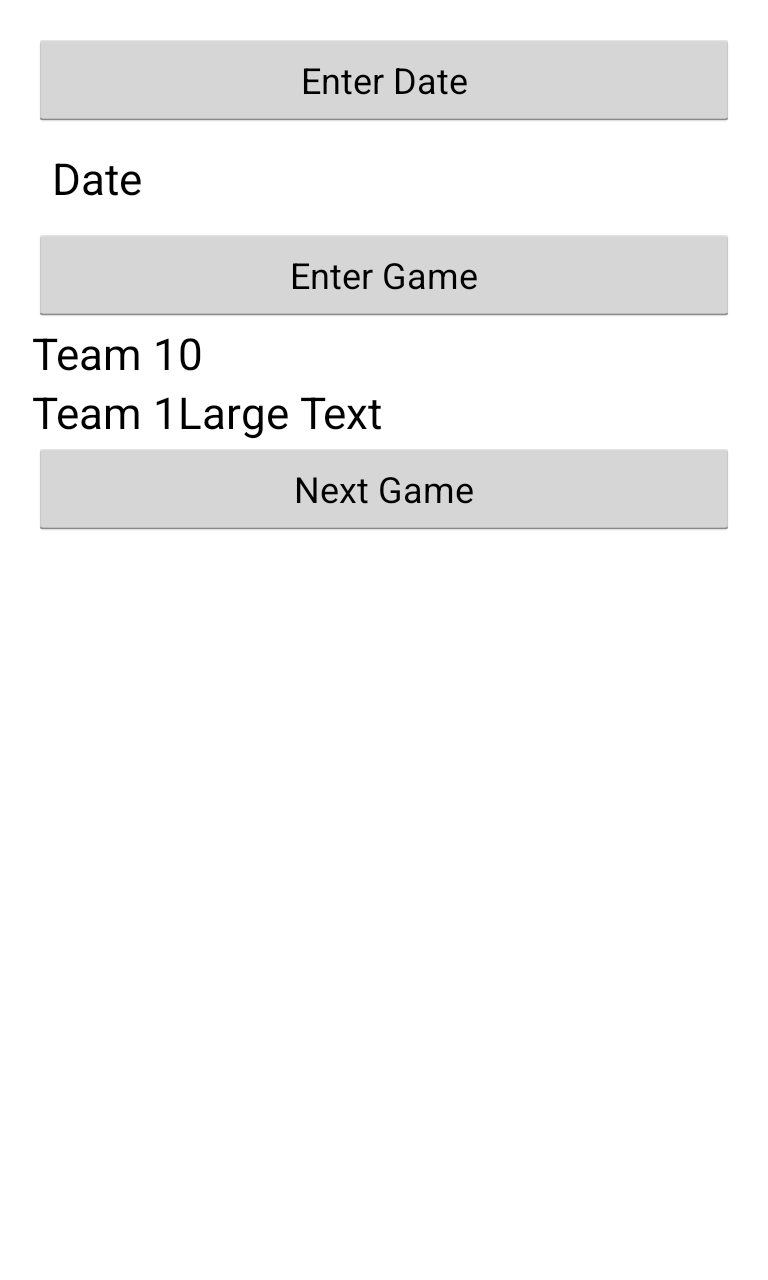
Repository: shervinshaikh/Android
Layout: NBAScoreTracker/res/layout/activity_sport_scores.xml
These files come from the project's save history. The layout is drawn as it stood at one moment and after the next save; the edit follows.
It is drawn on a 768 x 1280 px phone screen (xhdpi) without system bars, with theme AppTheme; the app's code is not run.

Above is the layout before, as saved 2013-04-27 18:41:35.

After the next save:
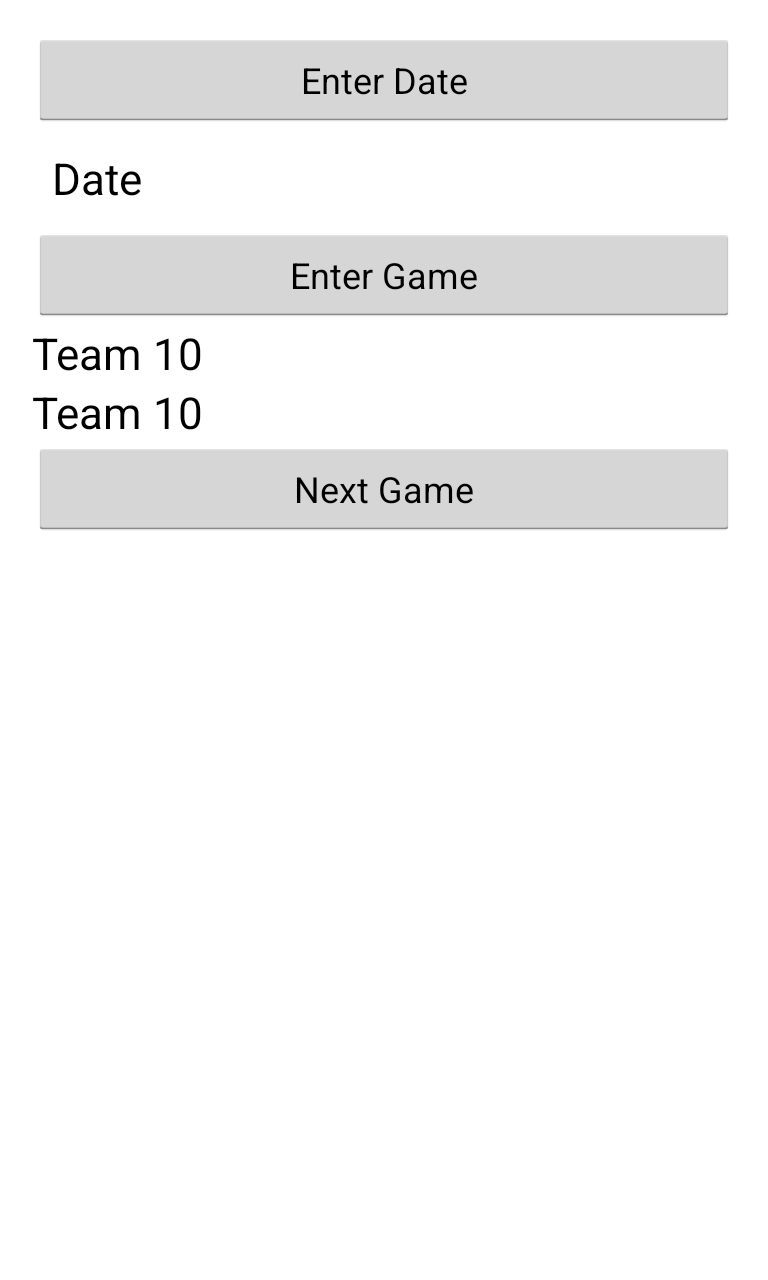
Saved 40 s later.
--- a/NBAScoreTracker/res/layout/activity_sport_scores.xml
+++ b/NBAScoreTracker/res/layout/activity_sport_scores.xml
@@ -52,9 +52,9 @@
             android:id="@+id/textView4"
             android:layout_width="wrap_content"
             android:layout_height="wrap_content"
+            android:gravity="right"
             android:text="0"
             android:textAppearance="?android:attr/textAppearanceLarge"
-            android:gravity="right"
             android:weight="3" />
 
     </LinearLayout>
@@ -74,7 +74,7 @@
             android:id="@+id/textView5"
             android:layout_width="wrap_content"
             android:layout_height="wrap_content"
-            android:text="Large Text"
+            android:text="0"
             android:textAppearance="?android:attr/textAppearanceLarge" />
 
     </LinearLayout>
